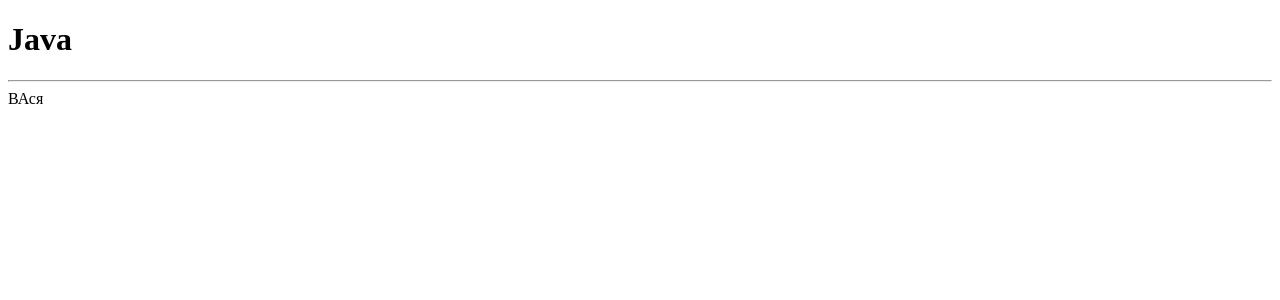
Repository: vadhub/JSP-Service
Page: http://localhost/JSPage/
These files come from the project's save history. The page is drawn as it stood at one moment and after the next save; the edit follows.
The browser window is 1280 px wide. The pictures show the whole page.
The page is served by Tomcat 9.

Above is the page before, as saved 2019-07-21 03:49:17.

After the next save:
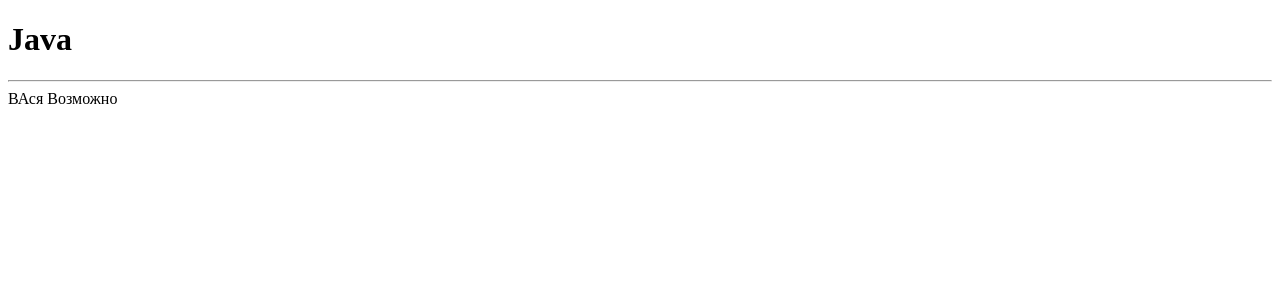
Saved 38 s later.
--- a/JSPage/WebContent/index.jsp
+++ b/JSPage/WebContent/index.jsp
@@ -13,6 +13,7 @@
 
 <%!String answers[] = {"Да", "Нет", "Возможно"}; %>
 <%!int i = (int) (Math.random()*3); %>
+<%= answers[i]%>
 <!--<form action="Servleter">
 	<input type ="submit" value="Send"/>
 </form>-->
